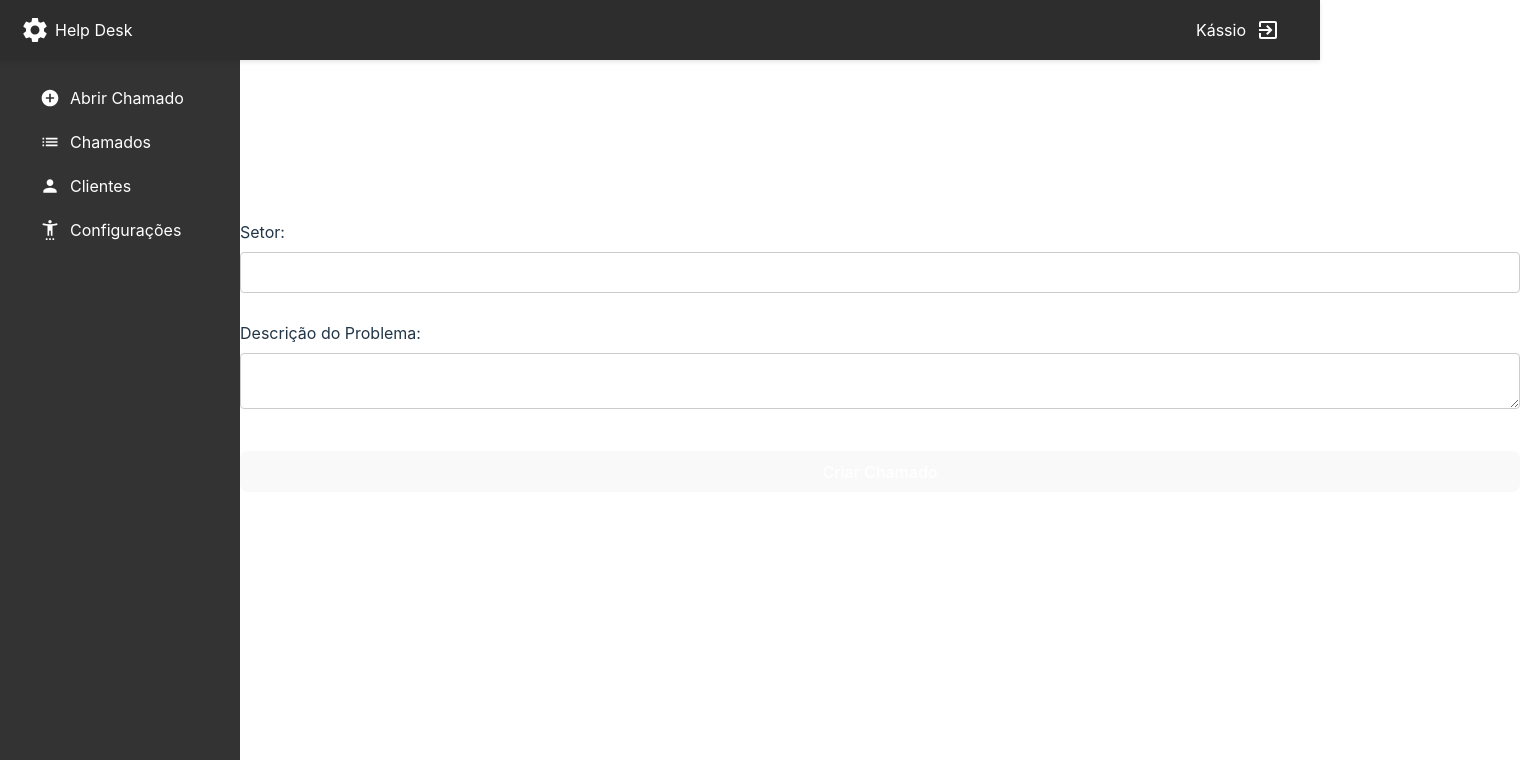
Repository: zkassimz/helpdesk
Page: /, after clicking the first element matching `li`
These files come from the project's save history. The page is drawn as it stood at one moment and after a run of saves; the edit follows.
The browser window is 1280 px wide. The page is 1520 px wide, then 1280 px, so the pictures cover 1520 px, including what lies to the right of the window. The pictures show the whole page.
The project was rebuilt for these pictures with package versions that can differ from the ones it lists, and the page was loaded fresh each time. Also part of the build but not shown: vite.config.js, src/components/css/Chamados.css, src/components/Chamados.jsx, src/components/Clientes.jsx, src/components/Configuracoes.jsx.

Above is the page before, as saved 2024-05-06 17:07:23.

After the next 5 saves:
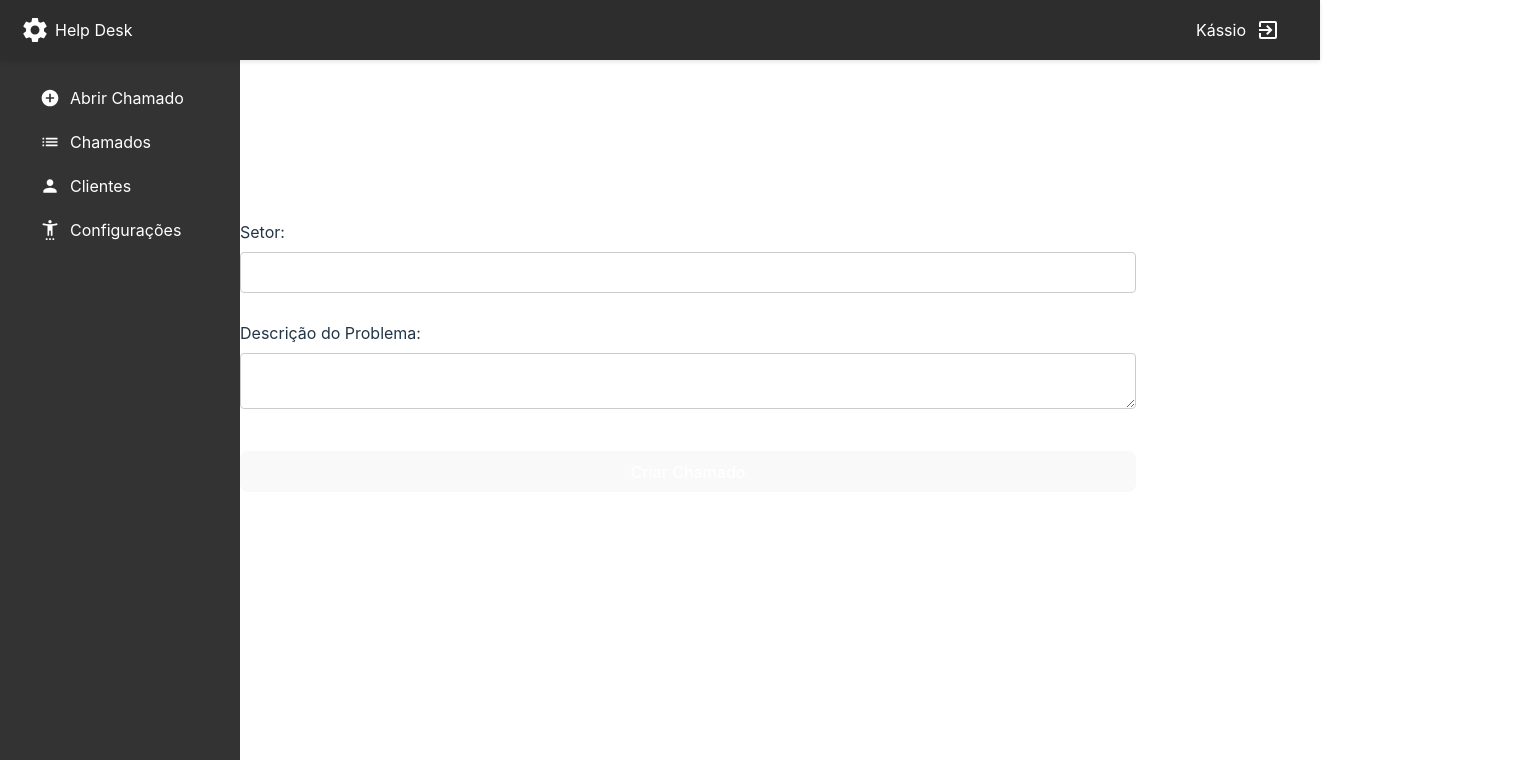
The 5 saves are shown as one change because they came seconds apart.
The last was saved 13 s later.
--- a/src/components/css/CreateTicketPage.css
+++ b/src/components/css/CreateTicketPage.css
@@ -44,7 +44,7 @@ h2 {
 }
 
 form {
-  width: 100vw;
+  width: 70vw;
 }
 
 .form-group {
